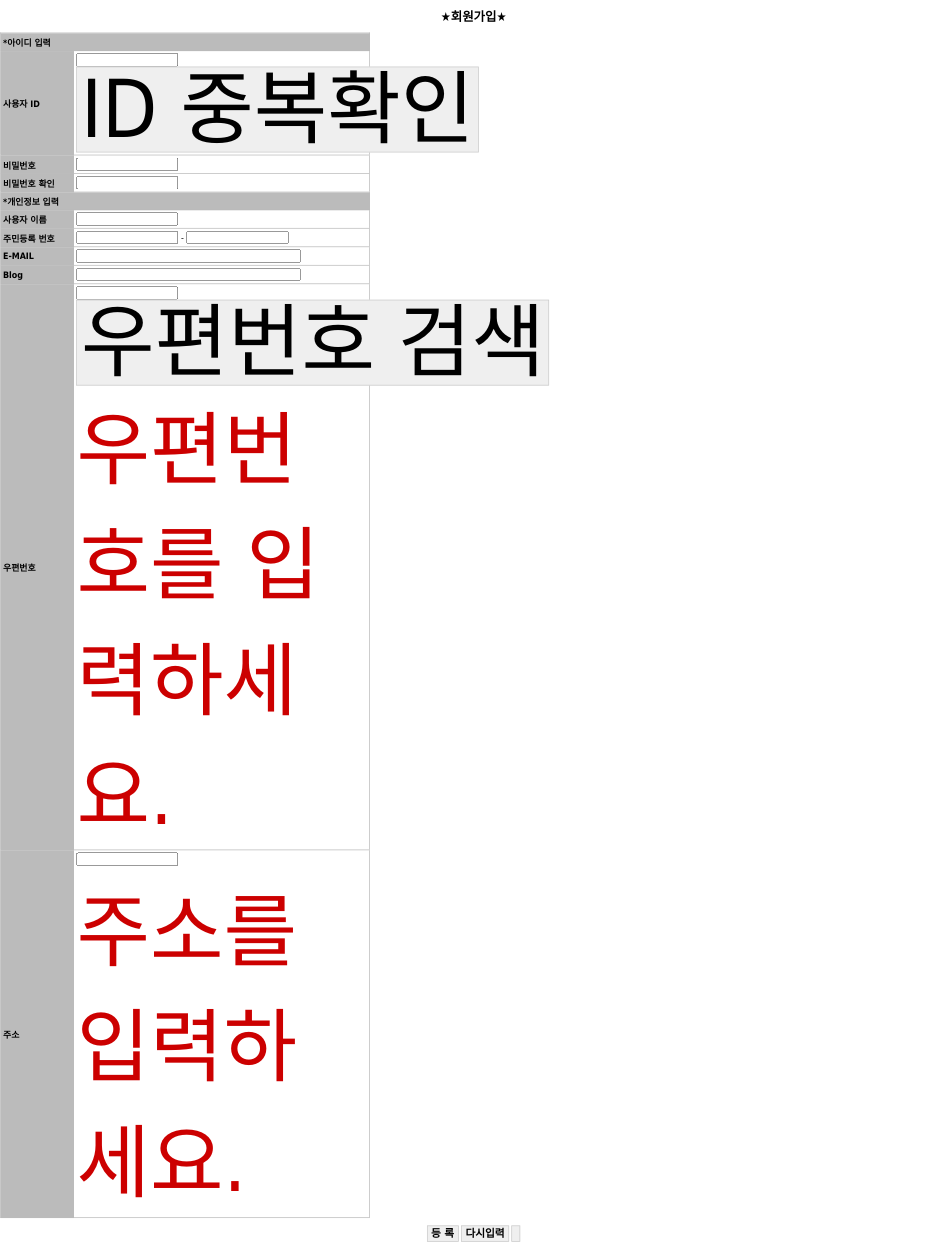
Repository: eParkjongtaek/lovedisket
Page: http://localhost/KH18_1/0904/inputForm.jsp
An editor plug-in stored every save of this project. The page is shown before and after the next save, followed by the edit.
The browser window is 1280 px wide. The pictures show the whole page, at 74% of full size.
The page is served by Tomcat 9. Other server files are loaded and not shown.

Above is the page before, as saved 2017-09-04 04:33:19.

### source/KH18_1/WebContent/0904/inputForm.jsp
<%@ page language="java" contentType="text/html; charset=EUC-KR"
    pageEncoding="EUC-KR"%>
<!DOCTYPE html PUBLIC "-//W3C//DTD HTML 4.01 Transitional//EN" "http://www.w3.org/TR/html4/loose.dtd">
<html>
<head>
<meta http-equiv="Content-Type" content="text/html; charset=EUC-KR">
<title>회원가입</title>
<link href="style.css" rel="stylesheet" type="text/css" />

<script type="text/javascript">

function checkIt()
{
	var userinput = eval("document.userinput");
	if(!userinput.id.value)
	{
		alert("ID를 입력하세요!");
		return false;
	}

	if(!userinput.passwd.value)
	{
		alert("비밀번호를 입력하세요!");
		return false;
	}

	if(userinput.passwd.value != userinput.passwd2.value)
	{
		alert("비밀번호가 같아요~");
		return false;
	}

	if(!userinput.name.value)
	{
		alert("이름을 입력하세요!");
		return false;
	}

	if(!userinput.jumin1.value || !userinput.jumin2.value)
	{
		alert("주민등록번호를 입력하세요!");
		return false;
	}


}

</script>

</head>
<body>
<div id="wrap"></div>
	<form action="inputPro.jsp" name="userinput" onsubmit="return checkIt();" method="post">

		<h1>★회원가입★</h1>
		<div id="body">

			<table width="500px;">

				<colgroup>
					<col width="20%"/>
					<col width="*"/>
				</colgroup>

				<tr>
					<th colspan="2" class="subTitle">*아이디 입력</th>
				</tr>
				<tr>
					<th>사용자 ID</th>
					<td>
						<input type="text" name="id" maxlength="12" />
						<input type="button" name="confirm_id" value="ID 중복확인" class="inputBtn" onclick="javascript:openConfirmid(this.form);" />
					</td>
				</tr>
				<tr>
					<th>비밀번호</th>
					<td>
						<input type="password" name="passwd" maxlength="12" />
					</td>
				</tr>
				<tr>
					<th>비밀번호 확인</th>
					<td>
						<input type="password" name="passwd2" maxlength="12" />
					</td>
				</tr>
				<tr>
					<th colspan="2" class="subTitle">*개인정보 입력</th>
				</tr>
				<tr>
					<th>사용자 이름</th>
					<td><input type="text" name="name" maxlength="10" />
				</tr>
				<tr>
					<th>주민등록 번호</th>
					<td>
						<input type="text" name="jumin1" maxlength="6" /> -
						<input type="password" name="jumin2" maxlength="7" />
					</td>
				</tr>
				<tr>
					<th>E-MAIL</th>
					<td>
						<input type="text" name="email" class="w300" maxlength="30" />
					</td>
				</tr>
				<tr>
					<th>Blog</th>
					<td>
						<input type="text" name="blog" class="w300" maxlength="50" />
					</td>
				</tr>
				<tr>
					<th>우편번호</th>
					<td>
						<input type="text" name="zipcode" /><input type="button" value="우편번호 검색" class="inputBtn" onclick="javascript:zipCheck();" />
						<span>우편번호를 입력하세요.</span>
					</td>
				</tr>
				<tr>
					<th>주소</th>
					<td>
						<input type="text" name="address" class="w380" />
						<span class="descB">주소를 입력하세요.</span>
					</td>
				</tr>
			</table>
		</div>
		<div id="footer">
			<input type="submit" name="confirm" class="inputBtn" value="등 록" />
			<input type="reset" name="reset" class="inputBtn" value="다시입력" />
			<input type="button" class="inputBtn" onclick="javascript:window.location='main.jsp'" />
		</div>

	</form>
</body>
</html>

### source/KH18_1/WebContent/0904/style.css
* {padding:0;margin:0;}
html {font-family: Tahoma, Dotum, "돋움"; font-size: 0.75em; }
body {font-size:1em;text-align:left;}
#wrap {width:500px; margin:0 auto; text-align:left;}
#footer {text-align:center; padding:10px 0;}
#footer input {vertical-align:middle;}
fieldset {border:none;}
legend {display:none; visibility:hidden;}
table {table-layout: fixed; border-collapse: collapse; padding: 0; border-style:solid; border-width:1px 1px 0 1px; border-color:#bbb;}
th {text-align:left; padding:3px; border-collapse:0; border-style:solid; border-width:0 0 1px 0;border-color:#bbb; background:#bbb;}
td {text-align:left; border-collapse:0; border-style:solid; border-width:0 0 1px 0; border-color:#bbb;padding:3px;}
input {font-family:Tahoma, Dotum, "돋움"; font-size:1em;}
td span {font-size:9em; color:#cc0000;}
h1 {font-size:1.4em; text-align:center; padding:10px 0;}
.w300 {width:300px;}
.w380 {wdith:380px;}
.descB {padding:2px 0; display:block;}
th .subTitle {color:#339900; background:#fff !important; padding:8px 0 8px 5px;}
.inputBtn {border:1px solid #ccc; padding:3px 5px; line-height:1em; font-size:9em;}
#footer .inputBtn {font-size:1.2em; font-weight:bold;}

After the next save:
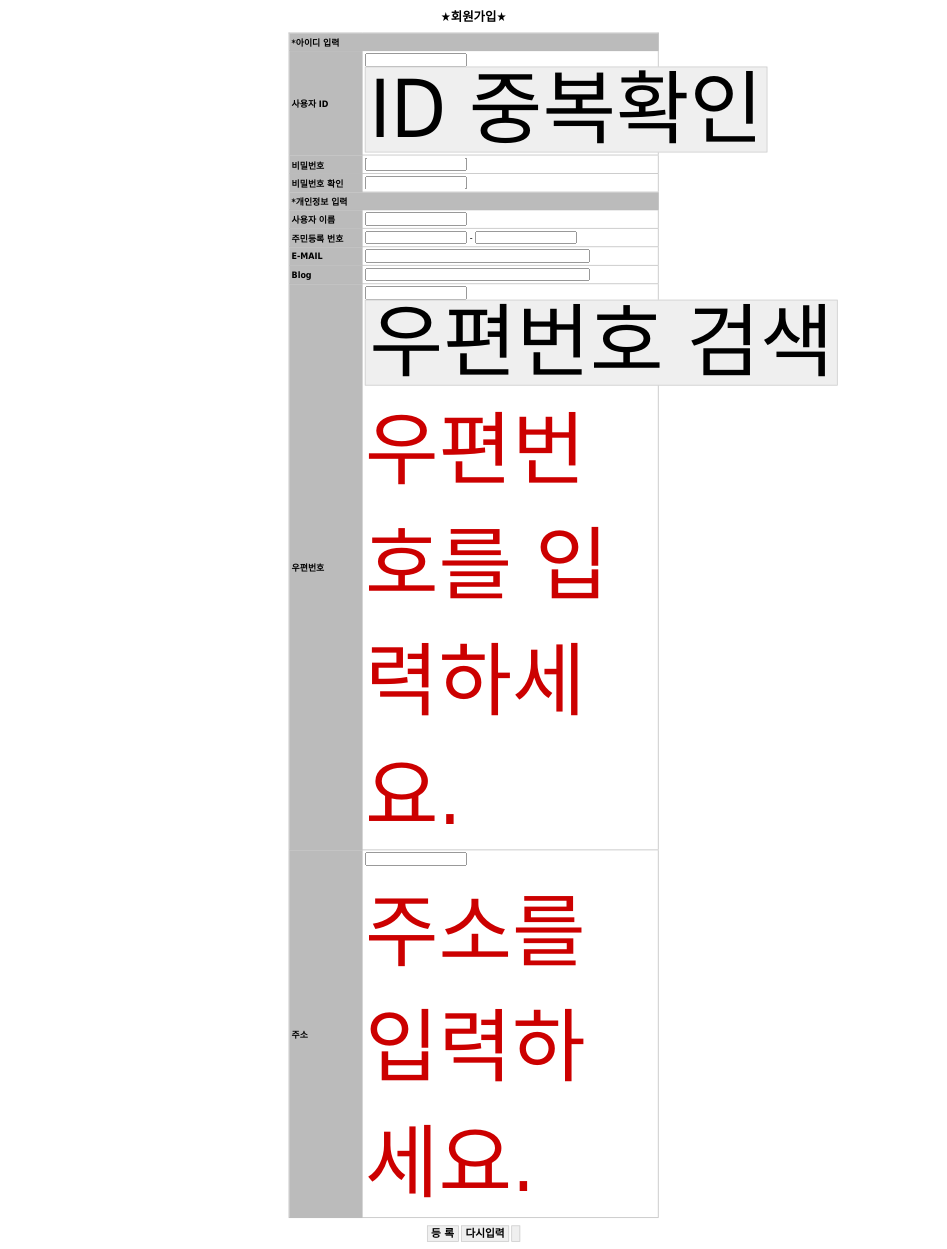
Saved 6 s later.
--- a/source/KH18_1/WebContent/0904/inputForm.jsp
+++ b/source/KH18_1/WebContent/0904/inputForm.jsp
@@ -49,7 +49,7 @@ function checkIt()
 
 </head>
 <body>
-<div id="wrap"></div>
+<div id="wrap">
 	<form action="inputPro.jsp" name="userinput" onsubmit="return checkIt();" method="post">
 
 		<h1>★회원가입★</h1>
@@ -133,5 +133,6 @@ function checkIt()
 		</div>
 
 	</form>
+</div>
 </body>
 </html>
